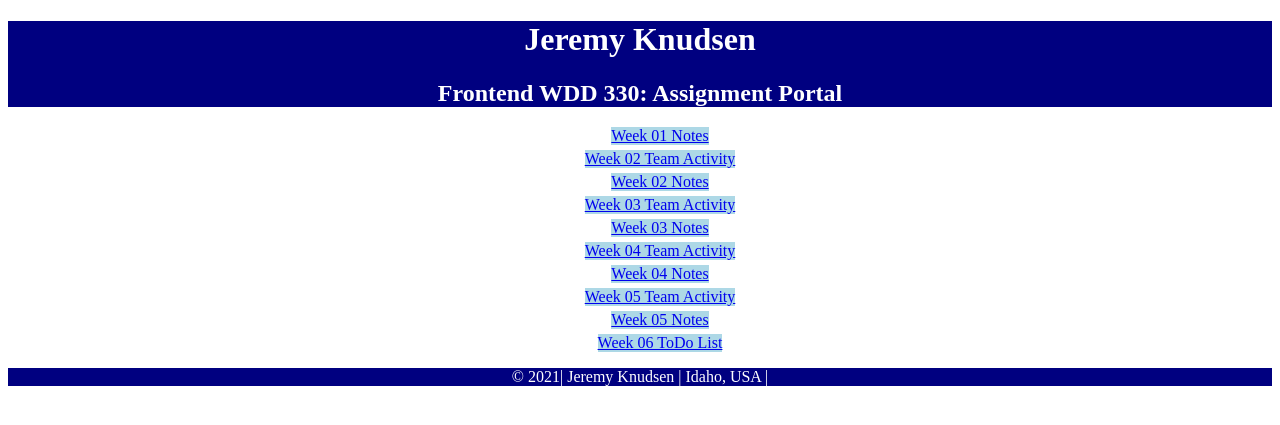
Repository: jknudsen97/WDD-330-Portfolio
Page: index.html
The author's editor kept a copy of each file at every save. The page is drawn from the files as they stood at one save, then again after the next save.
The browser window is 1280 px wide. The pictures show the whole page.

Above is the page before, as saved 2021-10-20 20:13:15.

After the next save:
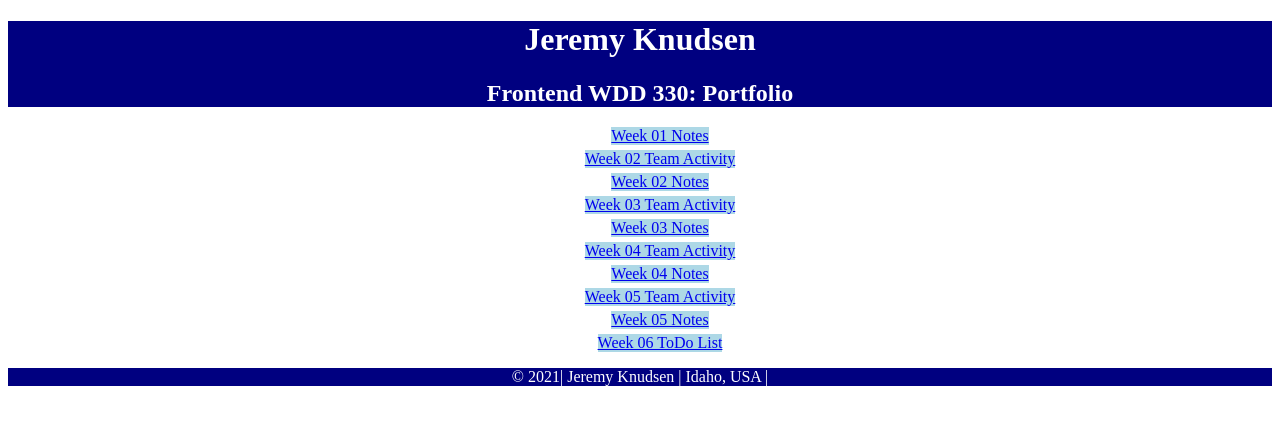
Saved 24 h 34 min later.
--- a/index.html
+++ b/index.html
@@ -23,7 +23,7 @@
     <main>
       <header>
         <h1 class="nametitle">Jeremy Knudsen</h1>
-        <h2 class="assignmentheader">Frontend WDD 330: Assignment Portal</h2>
+        <h2 class="assignmentheader">Frontend WDD 330: Portfolio</h2>
       </header>
       <div id="assignments"></div>
       <footer>
